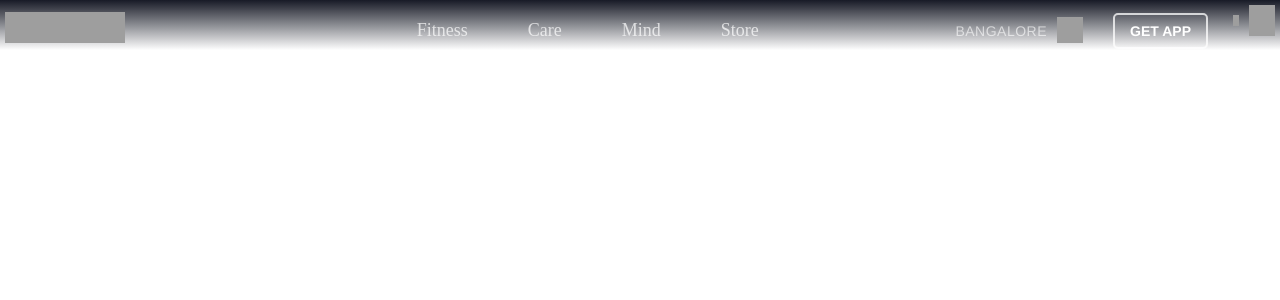
Repository: 1sanjeetsharma/cult-fit-clone
Page: /
The author's editor kept a copy of each file at every save. The page is drawn from the files as they stood at one save, then again after a run of saves.
The browser window is 1280 px wide. The pictures show the whole page.
Pictures or frames that could not be fetched are drawn as grey boxes. Some web fonts or font styles are not loaded; a fallback is used. The project was rebuilt for these pictures with package versions that can differ from the ones it lists, and the page was loaded fresh each time. Also part of the build but not shown: vite.config.js, src/components/body/footer/Footer.jsx.

Above is the page before, as saved 2023-07-31 17:05:27.

### src/App.jsx
import LandingPage from "./components/landingPage/LandingPage";
function App() {
	return (
		<>
			{/* <h1>Hello from app</h1> */}
			<LandingPage />
		</>
	);
}

export default App;

### src/components/landingPage/LandingPage.jsx
import Body from "../body/body";
// import Header from "../body/header/Header";
const LandingPage = () => {
	return (
		<>
			<Body></Body>
		</>
	);
};
export default LandingPage;

### src/components/body/body.jsx
import Header from "./header/Header";
import Footer from "./footer/Footer";
import "./body.css";
const Body = () => {
	console.log("hello from body");
	return (
		<>
			<Header />

			{/* <Footer /> */}
		</>
	);
};
export default Body;

### src/components/body/header/Header.jsx
import Navbar from "../Navbar/Navbar";
const Header = () => {
	return (
		<>
			<Navbar />
		</>
	);
};
export default Header;

### src/components/body/body.css
/*
//not working these font  */
@font-face {
	font-family: inter-bold;
	src: url("https://fonts.googleapis.com/css2?family=Inter:wght@700&display=swap");
}
@font-face {
	font-family: helvetica-neue;
	src: url("https://fonts.cdnfonts.com/css/helvetica-neue-5");
}
body {
	font-family: inter-bold, helvetica-neue;
}

### src/components/body/Navbar/Navbar.jsx
import "./navbar.css";
const Navbar = () => {
	return (
		<>
			<div className="Nav-container">
				<nav>
					<a href="javascript:viod(0)">
						<img
							className="logo"
							height={"31px"}
							width={"120px"}
							src="https://cdn-images.cure.fit/www-curefit-com/image/upload/c_fill,w_120,q_auto:eco,dpr_2,f_auto,fl_progressive//image/test/brand-logo/vman-and-white-cult-text.png"
							alt="logo"
						/>
					</a>
					<div className="tabs">
						<a href="javascript:void(0)">Fitness</a>
						<a href="javascript:void(0)">Care</a>
						<a href="javascript:void(0)">Mind</a>
						<a href="javascript:void(0)">Store</a>
					</div>
					<div className="btns">
						<div className="location">
							<div className="loc-text">BANGALORE</div>
							<div className="loc-img" width="26px" height="26px">
								<img
									src="https://cdn-images.cure.fit/www-curefit-com/image/upload/c_fill,w_26,q_auto:eco,dpr_2,f_auto,fl_progressive/image/test/header/location.png"
									width={"26px"}
									height={"26px"}
									loading="lazy"
									alt="location"
								/>
							</div>
						</div>
						<div className="get-app">
							<button>GET APP</button>
						</div>
						<div className="avatar">
							<button>
								<img
									className="btn-img"
									src="https://cdn-images.cure.fit/www-curefit-com/image/upload/c_fill,w_26,q_auto:eco,dpr_2,f_auto,fl_progressive/image/test/header/Profile.png"
									alt="profile picture"
									width="26px"
									height="26px"
								/>
							</button>
						</div>
						<button className="cart">
							<img
								className="btn-img"
								src="https://cdn-images.cure.fit/www-curefit-com/image/upload/c_fill,q_auto:eco,dpr_2,f_auto,fl_progressive//image/test/cart-dark-theme.svg"
								alt="cart"
								width="26px"
								height="26px"
							/>
						</button>
					</div>
				</nav>
			</div>
		</>
	);
};
export default Navbar;

### src/components/body/Navbar/navbar.css
* {
	margin: 0px;
	padding: 0px;
	box-sizing: border-box;
	line-height: 1.42;
}
a {
	text-decoration: none;
	cursor: pointer;
}
.Nav-container {
	position: fixed;
	/* display: flexbox; */
	top: 0px;
	/* height: 60px; */
	width: 100%;

	/* align-content: center; */
	/* text-align: center; */
	/* background-color: #00000077; */
	box-sizing: border-box;
	/* z-index: 2; */
}

.logo,
.btn-img {
	height: 31px;
}
nav {
	display: flex;
	height: 50px;
	padding: 5px;
	flex-flow: row wrap;
	align-items: center;
	justify-content: space-between;
	background-image: linear-gradient(
		to bottom,
		#171a26,
		rgba(23, 26, 38, 0.0001)
	);
}
.tabs {
	/* color: #fff; */
	display: flex;
	flex-direction: row;
	justify-content: spae-between;
	margin-left: 110px;
}
.tabs > a {
	height: 100%;
	color: #fff;
	transition: all 150ms ease;
	opacity: 70%;
	padding: 0 30px;
	line-height: 22px;
	font-size: 18px;
}
.bnts {
	display: flex;
	align-items: center;
	/* flex-direction: row; */
}
.location {
	display: inline-flex;
	flex-direction: row;
	background: transparent;
	/* outline: none; */
	/* box-shadow: none; */
	line-height: 22px;
	font-size: 14px;
	text-align: center;
	margin: auto;
	padding: 7px 15px;
	border-radius: 5px;
	transition: all 100ms ease;
	color: rgb(255 255 255/ 60%);
}
.location:hover {
	background: rgb(255 255 255 / 10%);
}
.location > .loc-text {
	text-align: center;
	cursor: pointer;
	margin: 0;
	margin-top: 0px;
	margin-right: 0px;
	color: rgb(255 255 255 / 60%);
	font-size: 14px;
	font-family: Inter-Regular, Helvetica Neue, Helvetica, Roboto, Arial,
		sans-serif;
	letter-spacing: 0.5px;
	line-height: 22px;
	margin-right: 10px;
	margin-top: 3px;
	max-width: 95px;
	overflow: hidden;
	text-overflow: ellipsis;
	white-space: nowrap;
}
.location > .loc-img {
	width: 26px;
	min-height: fit-content;
	overflow: hidden;
	position: relative;
}
.location > img {
	vertical-align: middle;
	position: relative;
	opacity: 1;
	transition: opacity 150ms ease 0s;
	top: 0px;
	left: 0px;
	width: 100%;
}
button {
	all: unset;
	cursor: pointer;
	/* text-align: center; */
	margin: auto;
}
button:focus {
	outline: revert;
}
.get-app {
	display: inline-block;
}
.get-app > button {
	margin-inline: 15px;
	font-family: Inter-Medium, Helvetica Neue, Helvetica, Roboto, Arial,
		sans-serif;
	transition: all 250ms ease;
	color: white;
	border: 2px solid rgba(255, 255, 255, 0.75);
	font-size: 14px;
	line-height: 18px;
	padding: 7px 15px;
	border-radius: 5px;
	font-weight: 700;
}
.avatar {
	display: inline-block;
	box-sizing: border-box;
}
.avatar:hover {
	background: rgb(255 255 255 / 10%);
}
.avatar > button {
	border-radius: 50%;
	/* padding-inline: 10px; */
}
.avatar > button > img {
	padding: 10px;
}
.cart {
	/* border */
}

Loaded but not shown: index.html (common file); src/main.jsx (common file)

After the next 2 saves:
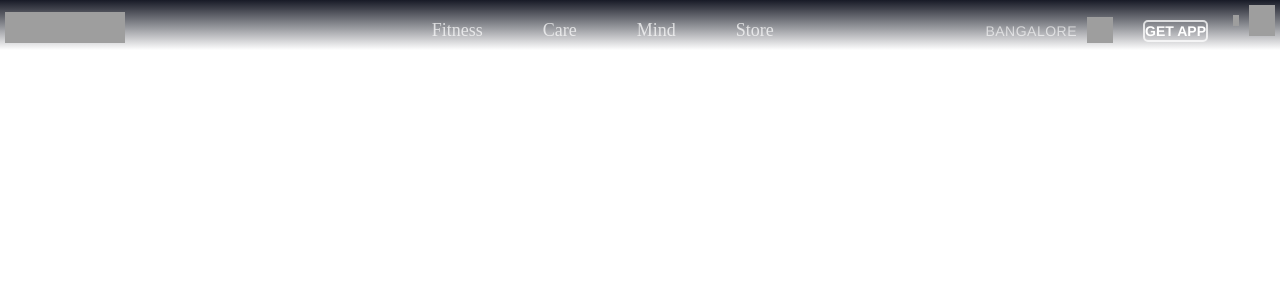
The 2 saves are shown as one change because they came seconds apart.
The last was saved 17 s later.
--- a/src/components/body/Navbar/navbar.css
+++ b/src/components/body/Navbar/navbar.css
@@ -133,7 +133,6 @@ button:focus {
 	border: 2px solid rgba(255, 255, 255, 0.75);
 	font-size: 14px;
 	line-height: 18px;
-	padding: 7px 15px;
 	border-radius: 5px;
 	font-weight: 700;
 }
@@ -149,6 +148,7 @@ button:focus {
 	/* padding-inline: 10px; */
 }
 .avatar > button > img {
+	padding: 7px 15px;
 	padding: 10px;
 }
 .cart {

After the save that followed:
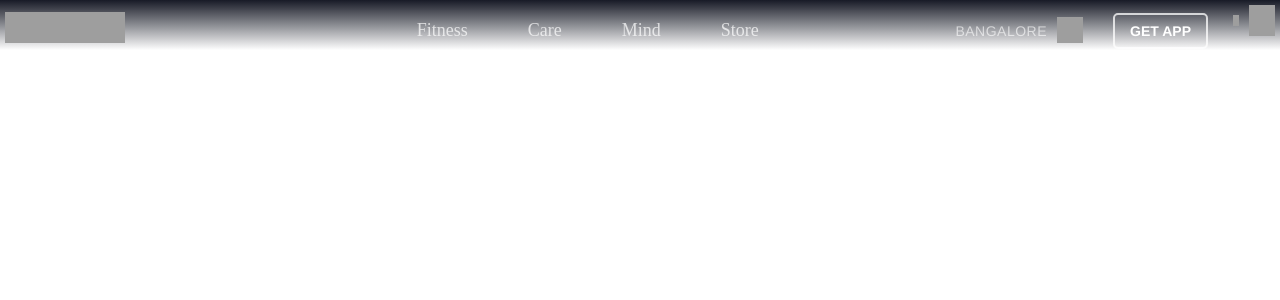
Saved 24 s later.
--- a/src/components/body/Navbar/navbar.css
+++ b/src/components/body/Navbar/navbar.css
@@ -135,6 +135,7 @@ button:focus {
 	line-height: 18px;
 	border-radius: 5px;
 	font-weight: 700;
+	padding: 7px 15px;
 }
 .avatar {
 	display: inline-block;
@@ -148,7 +149,6 @@ button:focus {
 	/* padding-inline: 10px; */
 }
 .avatar > button > img {
-	padding: 7px 15px;
 	padding: 10px;
 }
 .cart {
